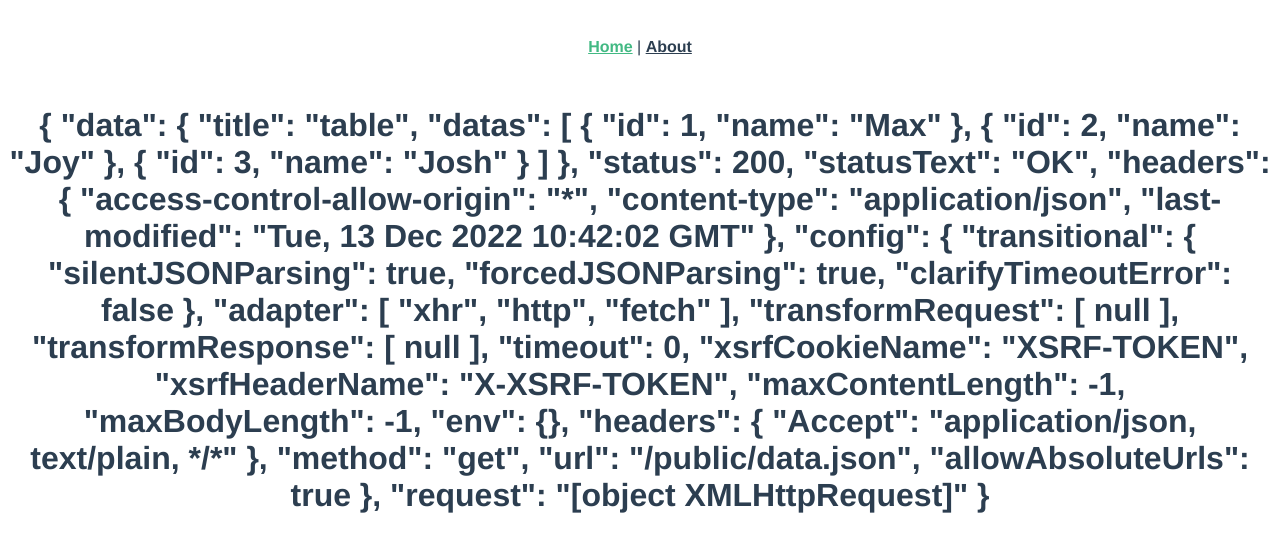
Repository: HaoMiffy/Vue3-compositionAPI-vuex-axios
Page: /
An editor plug-in stored every save of this project. The page is shown before and after the next save, followed by the edit.
The browser window is 1280 px wide. The pictures show the whole page.
The project was rebuilt for these pictures with package versions that can differ from the ones it lists, and the page was loaded fresh each time. Also part of the build but not shown: vue.config.js, src/components/HelloWorld.vue, src/views/HomeView.vue.

Above is the page before, as saved 2022-12-13 14:06:52.

After the next save:
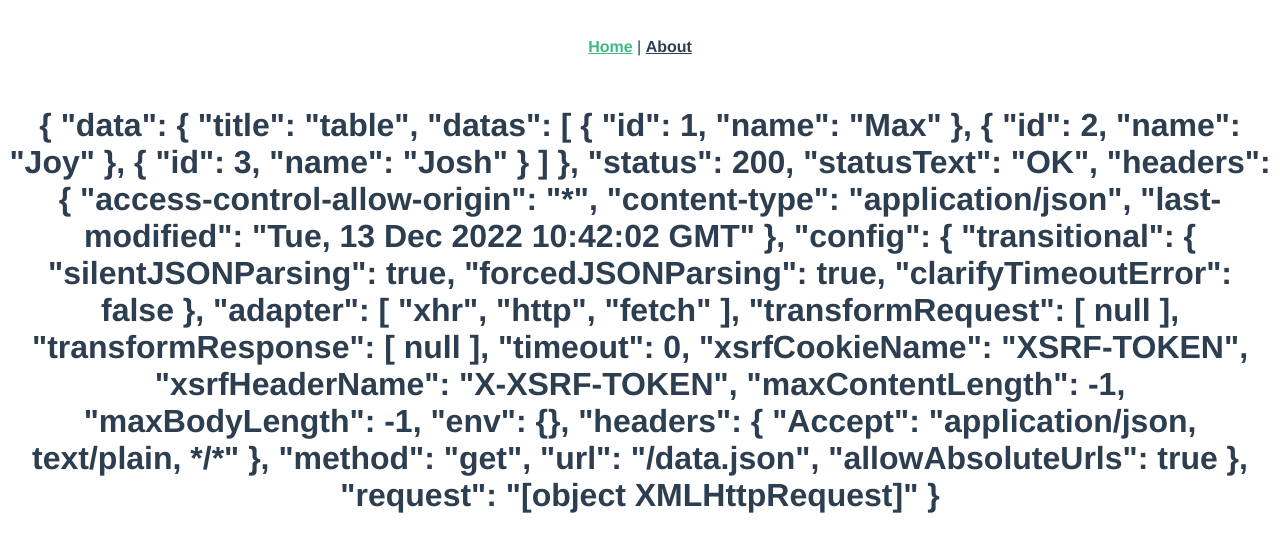
Saved 12 s later.
--- a/src/App.vue
+++ b/src/App.vue
@@ -17,7 +17,7 @@
   },
  mounted () {
     axios
-      .get('/public/data.json')
+      .get('/data.json')
       .then(response => (this.info = response))
   }
 }
